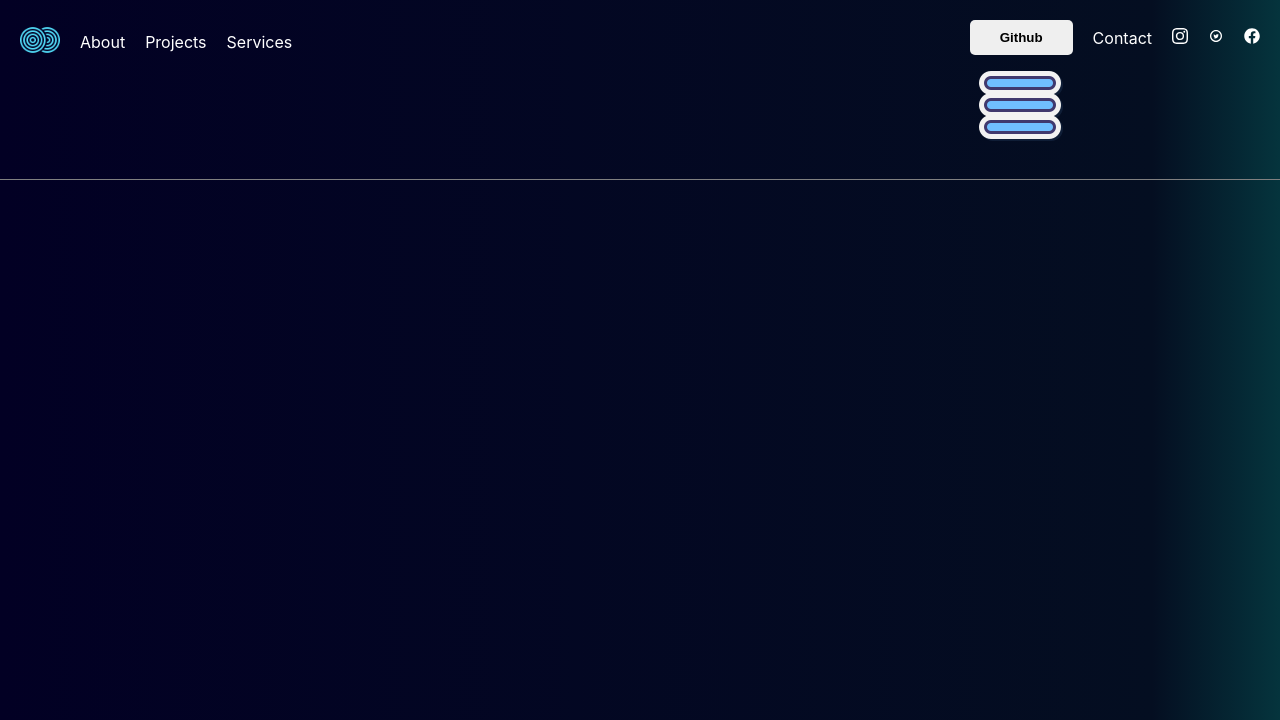
Repository: uh-sman/Portfolio
Page: /
These files come from the project's save history. The page is drawn as it stood at one moment and after the next save; the edit follows.
The browser window is 1280 px wide. The pictures show the whole page.
The project was rebuilt for these pictures with package versions that can differ from the ones it lists, and the page was loaded fresh each time.

Above is the page before, as saved 2022-11-17 21:45:16.

### src/App.js
import "./App.css";
import { Index } from "./components/index";

function App() {
  return (
    <div className="App">
      <Index />
    </div>
  );
}

export default App;

### src/App.css
* {
  margin: 0px;
  padding: 0px;
  box-sizing: border-box;
  text-decoration: none;
  list-style: none;
}
body {
  background: rgb(2, 0, 36);
  background: linear-gradient(
    90deg,
    rgba(2, 0, 36, 1) 0%,
    rgba(4, 14, 33, 1) 90%,
    rgba(5, 52, 61, 1) 100%
  );
}

### src/components/index.js
import React from "react";
import { Navbar } from "./Navbar";

export const Index = () => {
  return (
    <div>
      <Navbar />
    </div>
  );
};

### src/components/Navbar.jsx
import React from "react";
import logo from "../assets/ico.png";
import "./navbar.css";
import { Profile } from "./Profile";
export const Navbar = () => {
  return (
    <div>
      <nav className="navbar-container">
        <div className="navbar">
          <div>
            <ul className="nav-list">
              <a>
                <img src={logo} className="logo" />
              </a>
              <a href="">About</a>
              <a href="">Projects</a>
              <a href="">Services</a>
            </ul>
          </div>
          <div>
            <Profile />
          </div>
        </div>
      </nav>
    </div>
  );
};

### src/components/navbar.css
.nav-list {
  display: flex;
  align-items: center;
  gap: 20px;
}
.nav-list a {
  color: white;
}
.navbar {
  margin: 20px 20px;
  display: flex;
  justify-content: space-between;
}
.logo {
  width: 40px;
  height: 40px;
  color: white;
}
.navbar-container {
  border-bottom: 0.5px solid gray;
}

@media only screen and (min-width: 200px) and (max-width: 950px) {
}

### src/components/Profile.js
import React, { useState } from "react";
import { SiFacebook } from "react-icons/si";
import { FaWhatsapp, FaFacebook } from "react-icons/fa";
import { TiSocialTwitterCircular } from "react-icons/ti";
import { BsInstagram } from "react-icons/bs";
import burger from "../assets/burger-menu.png";
import "./profile.css";
export const Profile = () => {
  const [isActive, setIsActive] = useState(false);
  return (
    <div>
      <div>
        <section className="profile-section">
          <button className="button">
            <a>Github</a>
          </button>
          <a>Contact</a>
          <a>
            <BsInstagram />
          </a>
          <a>
            <TiSocialTwitterCircular />
          </a>
          <a>
            <FaFacebook />
          </a>
        </section>
        {isActive ? <div></div> : <img src={burger} />}
      </div>
    </div>
  );
};

### src/components/profile.css
.profile-section {
  display: flex;
  gap: 20px;
  align-items: center;
  color: white;
}
.button {
  padding: 10px 30px;
  box-shadow: gray;
  border: none;
  font-weight: 700;
  border-radius: 5px;
}
@media only screen and (min-width: 200px) and (max-width: 950px) {
  .profile-section {
    display: none;
  }
}

Loaded but not shown: public/index.html (common file); src/index.js (common file); src/index.css (common file)

After the next save:
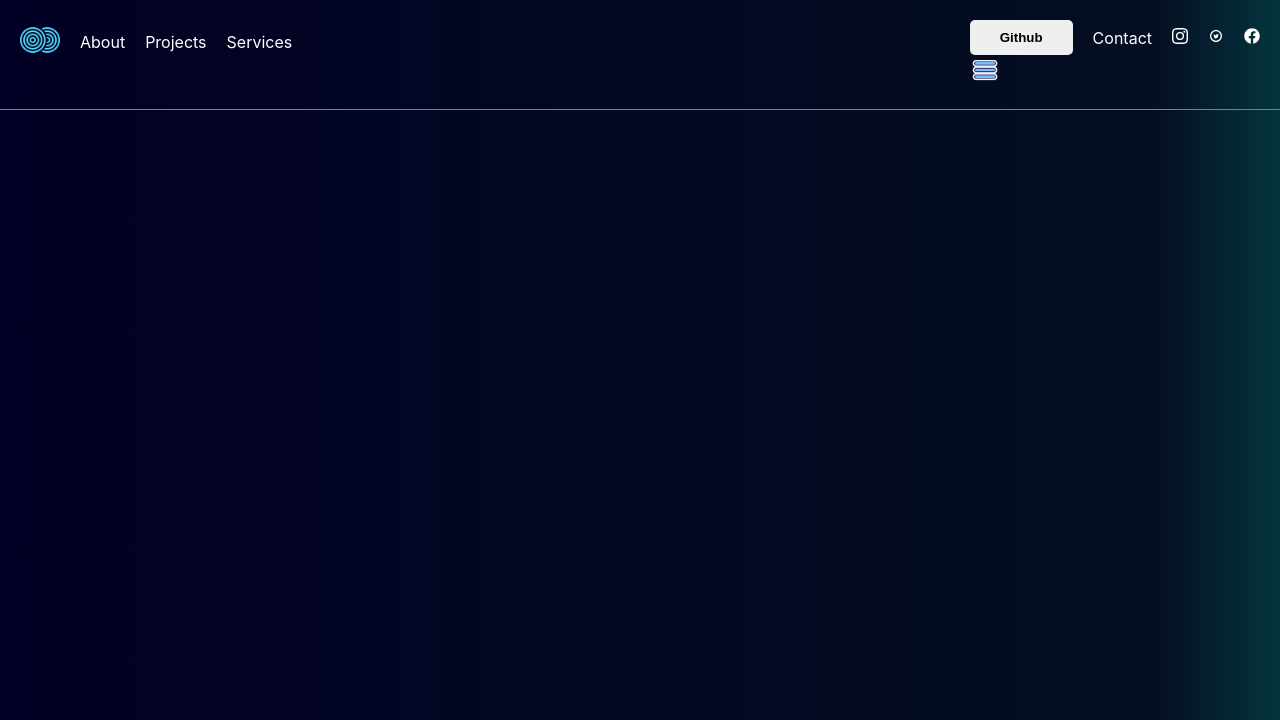
Saved 94 s later.
--- a/src/components/Profile.js
+++ b/src/components/Profile.js
@@ -25,7 +25,13 @@
             <FaFacebook />
           </a>
         </section>
-        {isActive ? <div></div> : <img src={burger} />}
+        {isActive ? (
+          <div></div>
+        ) : (
+          <div>
+            <img src={burger} className="burger-menu" />
+          </div>
+        )}
       </div>
     </div>
   );
--- a/src/components/profile.css
+++ b/src/components/profile.css
@@ -3,6 +3,10 @@
   gap: 20px;
   align-items: center;
   color: white;
+}
+.burger-menu {
+  width: 30px;
+  height: 30px;
 }
 .button {
   padding: 10px 30px;
